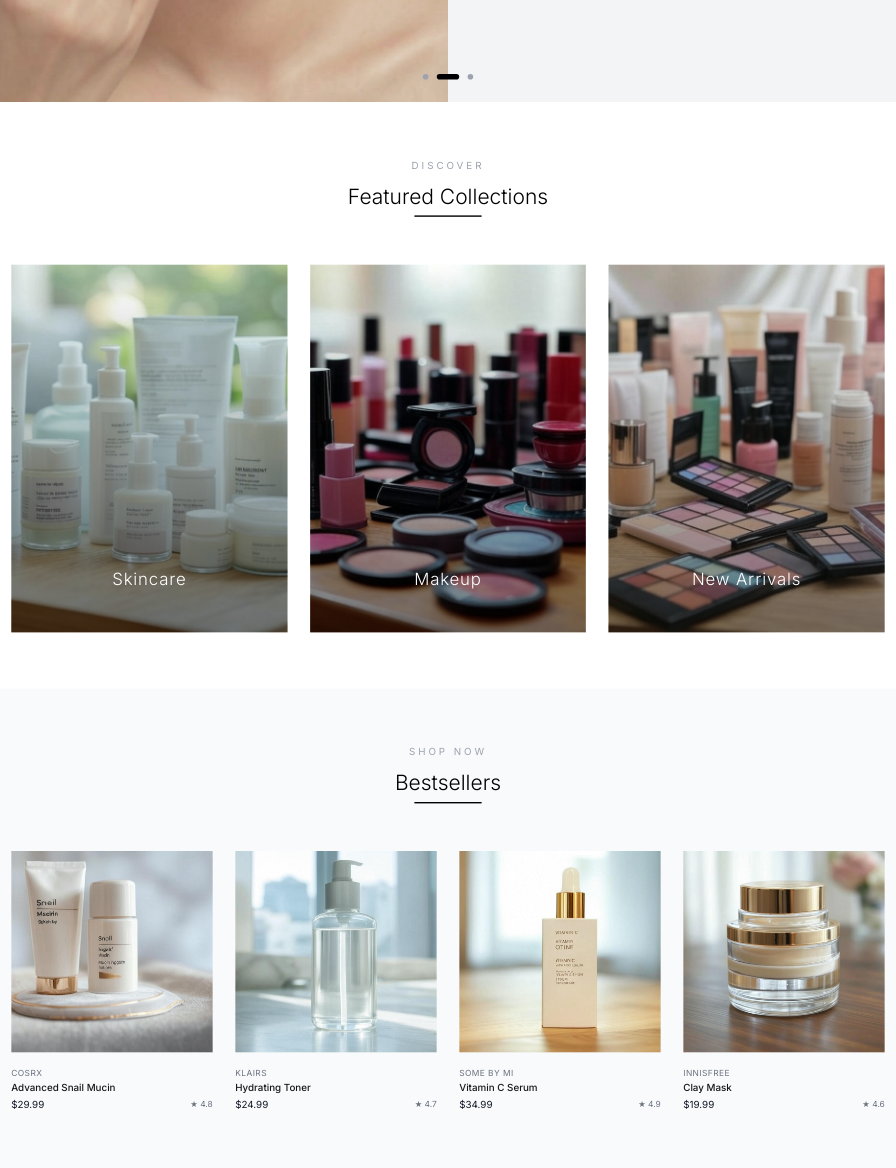
Repository: Innovate-X-ab/ImpresionKBeauty
Page: /
An editor plug-in stored every save of this project. The page is shown before and after the next save, followed by the edit.
The browser window is 1280 px wide. The pictures show the part of the page from y = 574 to 2474 px (the page is 2242 px tall before and 3104 px after), at 70% of full size.
Pictures or frames that could not be fetched are drawn as grey boxes. The project was rebuilt for these pictures with package versions that can differ from the ones it lists, and the page was loaded fresh each time. The framework's server and built-in components were replaced by stand-ins that run in the browser. Also part of the build but not shown: next.config.ts.

Above is the page before, as saved 2025-02-23 08:25:26.

### src/app/layout.tsx
// src/app/layout.tsx
import type { Metadata } from "next";
import { Inter } from "next/font/google";
import "./globals.css";
import { CartProvider } from "@/contexts/CartContext";

const inter = Inter({ subsets: ["latin"] });

export const metadata: Metadata = {
  title: "Impression K Beauty",
  description: "Premium Korean Beauty Products",
};

export default function RootLayout({
  children,
}: {
  children: React.ReactNode;
}) {
  return (
    <html lang="en">
      <body className={inter.className}>
        <CartProvider>
          {children}
        </CartProvider>
      </body>
    </html>
  );
}

### src/app/page.tsx
// src/app/page.tsx
import Header from "@/components/layout/Header";
import Hero from "@/components/layout/Hero";
import FeaturedProducts from "@/components/layout/FeaturedProducts";

export default function Home() {
  return (
    <main className="min-h-screen">
      <Header />
      <Hero />
      <FeaturedProducts />
    </main>
  );
}

### src/contexts/CartContext.tsx
// src/contexts/CartContext.tsx
'use client';

import { createContext, useContext, useReducer, useEffect } from 'react';
import { Product } from '@prisma/client';

interface CartItem {
  product: Product;
  quantity: number;
}

interface CartState {
  items: CartItem[];
  totalItems: number;
  totalAmount: number;
}

type CartAction =
  | { type: 'ADD_ITEM'; payload: CartItem }
  | { type: 'REMOVE_ITEM'; payload: string }
  | { type: 'UPDATE_QUANTITY'; payload: { productId: string; quantity: number } }
  | { type: 'CLEAR_CART' };

interface CartContextType {
  state: CartState;
  addItem: (product: Product, quantity: number) => void;
  removeItem: (productId: string) => void;
  updateQuantity: (productId: string, quantity: number) => void;
  clearCart: () => void;
}

const CartContext = createContext<CartContextType | undefined>(undefined);

const cartReducer = (state: CartState, action: CartAction): CartState => {
  switch (action.type) {
    case 'ADD_ITEM': {
      const existingItemIndex = state.items.findIndex(
        item => item.product.id === action.payload.product.id
      );

      let newItems;
      if (existingItemIndex >= 0) {
        newItems = state.items.map((item, index) => {
          if (index === existingItemIndex) {
            return {
              ...item,
              quantity: item.quantity + action.payload.quantity
            };
          }
          return item;
        });
      } else {
        newItems = [...state.items, action.payload];
      }

      return {
        ...state,
        items: newItems,
        totalItems: newItems.reduce((sum, item) => sum + item.quantity, 0),
        totalAmount: newItems.reduce(
          (sum, item) => sum + Number(item.product.price) * item.quantity,
          0
        )
      };
    }

    case 'REMOVE_ITEM': {
      const newItems = state.items.filter(item => item.product.id !== action.payload);
      return {
        ...state,
        items: newItems,
        totalItems: newItems.reduce((sum, item) => sum + item.quantity, 0),
        totalAmount: newItems.reduce(
          (sum, item) => sum + Number(item.product.price) * item.quantity,
          0
        )
      };
    }

    case 'UPDATE_QUANTITY': {
      const newItems = state.items.map(item => {
        if (item.product.id === action.payload.productId) {
          return {
            ...item,
            quantity: action.payload.quantity
          };
        }
        return item;
      });

      return {
        ...state,
        items: newItems,
        totalItems: newItems.reduce((sum, item) => sum + item.quantity, 0),
        totalAmount: newItems.reduce(
          (sum, item) => sum + Number(item.product.price) * item.quantity,
          0
        )
      };
    }

    case 'CLEAR_CART':
      return {
        items: [],
        totalItems: 0,
        totalAmount: 0
      };

    default:
      return state;
  }
};

const initialState: CartState = {
  items: [],
  totalItems: 0,
  totalAmount: 0
};

export function CartProvider({ children }: { children: React.ReactNode }) {
  const [state, dispatch] = useReducer(cartReducer, initialState);

  // Load cart from localStorage on mount
  useEffect(() => {
    const savedCart = localStorage.getItem('cart');
    if (savedCart) {
      const parsedCart = JSON.parse(savedCart);
      parsedCart.items.forEach((item: CartItem) => {
        dispatch({ type: 'ADD_ITEM', payload: item });
      });
    }
  }, []);

  // Save cart to localStorage on change
  useEffect(() => {
    localStorage.setItem('cart', JSON.stringify(state));
  }, [state]);

  const addItem = (product: Product, quantity: number) => {
    dispatch({ type: 'ADD_ITEM', payload: { product, quantity } });
  };

  const removeItem = (productId: string) => {
    dispatch({ type: 'REMOVE_ITEM', payload: productId });
  };

  const updateQuantity = (productId: string, quantity: number) => {
    dispatch({ type: 'UPDATE_QUANTITY', payload: { productId, quantity } });
  };

  const clearCart = () => {
    dispatch({ type: 'CLEAR_CART' });
  };

  return (
    <CartContext.Provider
      value={{
        state,
        addItem,
        removeItem,
        updateQuantity,
        clearCart
      }}
    >
      {children}
    </CartContext.Provider>
  );
}

export function useCart() {
  const context = useContext(CartContext);
  if (context === undefined) {
    throw new Error('useCart must be used within a CartProvider');
  }
  return context;
}

### src/components/layout/Header.tsx
'use client';

import Link from "next/link";
import { ShoppingBag, Menu, X } from "lucide-react";
import { useCart } from "@/contexts/CartContext";
import { useState, useEffect } from "react";

export default function Header() {
  const { state } = useCart();
  const [isMenuOpen, setIsMenuOpen] = useState(false);
  const [isScrolled, setIsScrolled] = useState(false);

  useEffect(() => {
    const handleScroll = () => {
      setIsScrolled(window.scrollY > 0);
    };

    window.addEventListener('scroll', handleScroll);
    return () => window.removeEventListener('scroll', handleScroll);
  }, []);

  return (
    <>
      <header
        className={`w-full ${isScrolled ? 'bg-white shadow-sm' : 'bg-white border-b border-gray-100'}`}
        style={{ height: '80px' }}
      >
        <div className="container mx-auto px-4 h-full">
          <div className="flex items-center justify-between h-full">
            {/* Mobile Menu Button */}
            <button
              onClick={() => setIsMenuOpen(!isMenuOpen)}
              className="lg:hidden"
            >
              {isMenuOpen ? <X /> : <Menu />}
            </button>

            {/* Logo */}
            <Link href="/" className="text-2xl font-light tracking-wider text-black">
              IMPRESSION K BEAUTY
            </Link>

            {/* Desktop Navigation */}
            <nav className="hidden lg:flex items-center space-x-8 text-gray-600">
              <Link href="/collections/new" className="text-sm hover:text-gray-600">NEW</Link>
              <Link href="/collections/bestsellers" className="text-sm hover:text-gray-600">BESTSELLERS</Link>
              <Link href="/collections/skincare" className="text-sm hover:text-gray-600">SKINCARE</Link>
              <Link href="/collections/makeup" className="text-sm hover:text-gray-600">MAKEUP</Link>
              <Link href="/collections/brands" className="text-sm hover:text-gray-600">BRANDS</Link>
            </nav>

            {/* Cart Icon */}
            <Link href="/cart" className="relative text-gray-600">
              <ShoppingBag className="w-6 h-6" />
              {state.totalItems > 0 && (
                <span className="absolute -top-2 -right-2 bg-black text-white text-xs rounded-full w-5 h-5 flex items-center justify-center">
                  {state.totalItems}
                </span>
              )}
            </Link>
          </div>
        </div>
      </header>

      {/* Mobile Menu */}
      {isMenuOpen && (
        <div className="lg:hidden fixed top-[80px] left-0 right-0 bg-white z-50 border-b border-gray-100 shadow-sm text-gray-00">
          <div className="container mx-auto px-4 py-4 flex items-center justify-between">
            <nav className="flex flex-col space-y-4 text-sm w-full pb-4 border-b border-gray-100 text-gray-600">
              <Link href="/collections/new" className="text-sm hover:text-gray-600">NEW</Link>
              <Link href="/collections/bestsellers" className="text-sm hover:text-gray-600">BESTSELLERS</Link>
              <Link href="/collections/skincare" className="text-sm hover:text-gray-600">SKINCARE</Link>
              <Link href="/collections/makeup" className="text-sm hover:text-gray-600">MAKEUP</Link>
              <Link href="/collections/brands" className="text-sm hover:text-gray-600">BRANDS</Link>
            </nav>
          </div>
        </div>
      )}
    </>
  );
}

### src/components/layout/Hero.tsx
//src/components/layout/Hero.tsx

'use client';

import { useState, useEffect, useCallback  } from 'react';
import Link from 'next/link';
import Image from 'next/image';
import { ChevronLeft, ChevronRight } from 'lucide-react';

const slides = [
  {
    id: 1,
    image: '/images/hero-1.jpg',
    title: 'Discover Your Glow',
    subtitle: 'Korean Beauty Essentials',
    description: 'Experience the magic of K-Beauty with our curated collection of premium skincare products.',
    cta: 'Shop Skincare',
    link: '/collections/skincare',
    align: 'right' // Image on right, text on left
  },
  {
    id: 2,
    image: '/images/hero-2.jpg',
    title: 'Spring Collection',
    subtitle: 'New Arrivals',
    description: 'Refresh your beauty routine with our latest spring arrivals. Clean, gentle, and effective formulations.',
    cta: 'View New Arrivals',
    link: '/collections/new',
    align: 'left' // Image on left, text on right
  },
  {
    id: 3,
    image: '/images/hero-3.jpg',
    title: 'Beauty Sets',
    subtitle: 'Perfect Combinations',
    description: 'Curated sets for every skin type. Save more when you buy together.',
    cta: 'Shop Sets',
    link: '/collections/sets',
    align: 'right'
  }
];

export default function HeroSlider() {
  const [currentSlide, setCurrentSlide] = useState(0);
  const [isAnimating, setIsAnimating] = useState(false);


  const handleNext = useCallback(() => {
    if (isAnimating) return;
    setIsAnimating(true);
    setCurrentSlide((prev) => (prev === slides.length - 1 ? 0 : prev + 1));
    setTimeout(() => setIsAnimating(false), 500);
  }, [isAnimating]);

  useEffect(() => {
    const timer = setInterval(() => {
      handleNext();
    }, 3000);

    return () => clearInterval(timer);
  }, [handleNext]);

  const handlePrevious = () => {
    if (isAnimating) return;
    setIsAnimating(true);
    setCurrentSlide((prev) => (prev === 0 ? slides.length - 1 : prev - 1));
    setTimeout(() => setIsAnimating(false), 500);
  };

  const slide = slides[currentSlide];

  return (
    <section className="relative overflow-hidden bg-gray-100" style={{ height: 'calc(100vh - 80px)' }}>
      {/* Slide Content */}
      <div className="relative h-full">
        <div className={`flex h-full transition-transform duration-500 ease-in-out ${isAnimating ? 'blur-sm' : ''}`}>
          {/* Image Section */}
          <div className={`w-1/2 relative ${slide.align === 'left' ? 'order-1' : 'order-2'}`}>
            <Image
              src={slide.image}
              alt={slide.title}
              fill
              className="object-cover"
              priority
            />
            <div className="absolute inset-0 bg-black/10" />
          </div>

          {/* Text Section */}
          <div className={`w-1/2 flex items-center ${slide.align === 'left' ? 'order-2' : 'order-1'}`}>
            <div className="max-w-xl mx-auto px-8">
              <span className="block text-sm font-medium tracking-[0.2em] text-gray-500 mb-4 uppercase">
                {slide.subtitle}
              </span>
              <h1 className="text-5xl font-light text-black mb-6 tracking-wide">
                {slide.title}
              </h1>
              <p className="text-gray-600 text-lg mb-8 leading-relaxed">
                {slide.description}
              </p>
              <Link
                href={slide.link}
                className="inline-block bg-black text-white px-8 py-4 text-sm uppercase tracking-wider hover:bg-gray-900 transition-colors"
              >
                {slide.cta}
              </Link>
            </div>
          </div>
        </div>
      </div>

      {/* Navigation Arrows */}
      <button
        onClick={handlePrevious}
        className="absolute left-4 top-1/2 -translate-y-1/2 w-12 h-12 flex items-center justify-center bg-white/80 rounded-full hover:bg-white transition-colors"
        aria-label="Previous slide"
      >
        <ChevronLeft className="w-6 h-6" />
      </button>
      <button
        onClick={handleNext}
        className="absolute right-4 top-1/2 -translate-y-1/2 w-12 h-12 flex items-center justify-center bg-white/80 rounded-full hover:bg-white transition-colors"
        aria-label="Next slide"
      >
        <ChevronRight className="w-6 h-6" />
      </button>

      {/* Slide Indicators */}
      <div className="absolute bottom-8 left-1/2 -translate-x-1/2 flex space-x-3">
        {slides.map((_, index) => (
          <button
            key={index}
            onClick={() => setCurrentSlide(index)}
            className={`w-2 h-2 rounded-full transition-all duration-300 ${
              currentSlide === index ? 'bg-black w-8' : 'bg-gray-400'
            }`}
            aria-label={`Go to slide ${index + 1}`}
          />
        ))}
      </div>
    </section>
  );
}

### src/components/layout/FeaturedProducts.tsx
//src/components/layout/FeaturedProducts.tsx

'use client';

import Link from "next/link";

export default function FeaturedProducts() {
  return (
    <>
      {/* Featured Collections */}
      <section className="py-20 bg-white">
        <div className="container mx-auto px-4 bg-white">
          {/* Decorative heading */}
          <div className="relative flex flex-col items-center mb-16">
            <span className="text-sm uppercase tracking-[0.3em] text-gray-400 mb-4">Discover</span>
            <h2 className="text-3xl text-black font-light mb-4 relative">
              Featured Collections
              <span className="absolute -bottom-3 left-1/2 transform -translate-x-1/2 w-24 h-0.5 bg-black"></span>
            </h2>
          </div>

          <div className="grid grid-cols-1 md:grid-cols-3 gap-8">
            {[
              { title: 'Skincare', image: '/images/placeholder-600x800.jpg', description: 'Discover radiant skin' },
              { title: 'Makeup', image: '/images/placeholder-400x400.jpg', description: 'Enhance your beauty' },
              { title: 'New Arrivals', image: '/images/placeholder-300x300.jpg', description: 'Latest innovations' }
            ].map((collection, index) => (
              <Link href={`/collections/${collection.title.toLowerCase()}`} key={index} className="group">
                <div className="relative aspect-[3/4] overflow-hidden">
                  <img
                    src={collection.image}
                    alt={collection.title}
                    className="w-full h-full object-cover transition-transform duration-700 group-hover:scale-105"
                  />
                  <div className="absolute inset-0 bg-gradient-to-t from-black/50 to-transparent" />
                  <div className="absolute inset-0 flex flex-col items-center justify-end pb-8">
                    <h3 className="text-white text-2xl font-light tracking-wider mb-2">{collection.title}</h3>
                    <p className="text-white/80 text-sm tracking-wider transform translate-y-4 opacity-0 transition-all duration-300 group-hover:translate-y-0 group-hover:opacity-100">
                      {collection.description}
                    </p>
                  </div>
                </div>
              </Link>
            ))}
          </div>
        </div>
      </section>

{/* Bestsellers Section */}
<section className="py-20 bg-gray-50">
  <div className="container mx-auto px-4">
    {/* Decorative heading */}
    <div className="relative flex flex-col items-center mb-16">
      <span className="text-sm uppercase tracking-[0.3em] text-gray-400 mb-4">Shop Now</span>
      <h2 className="text-3xl text-black font-light mb-4 relative">
        Bestsellers
        <span className="absolute -bottom-3 left-1/2 transform -translate-x-1/2 w-24 h-0.5 bg-black"></span>
      </h2>
    </div>

    <div className="grid grid-cols-1 md:grid-cols-4 gap-8">
      {[
        {
          name: 'Advanced Snail Mucin',
          price: 29.99,
          image: '/images/products/snail-mucin.jpg',
          brand: 'COSRX',
          rating: 4.8
        },
        {
          name: 'Hydrating Toner',
          price: 24.99,
          image: '/images/products/toner.jpg',
          brand: 'Klairs',
          rating: 4.7
        },
        {
          name: 'Vitamin C Serum',
          price: 34.99,
          image: '/images/products/vitamin-c.jpg',
          brand: 'Some By Mi',
          rating: 4.9
        },
        {
          name: 'Clay Mask',
          price: 19.99,
          image: '/images/products/clay-mask.jpg',
          brand: 'Innisfree',
          rating: 4.6
        }
      ].map((product, index) => (
        <div key={index} className="group cursor-pointer">
          <div className="relative aspect-square overflow-hidden mb-4 bg-white">
            <img
              src={product.image}
              alt={product.name}
              className="w-full h-full object-cover transition-transform duration-700 group-hover:scale-105"
            />
            <div className="absolute inset-0 bg-black/20 opacity-0 transition-opacity duration-300 group-hover:opacity-100" />
            {/* Quick view button */}
            <button className="absolute bottom-4 left-1/2 -translate-x-1/2 bg-white text-black px-6 py-2 text-sm uppercase tracking-wider opacity-0 transform translate-y-4 transition-all duration-300 group-hover:opacity-100 group-hover:translate-y-0">
              Quick View
            </button>
          </div>
          <span className="text-xs text-gray-500 uppercase tracking-wider">{product.brand}</span>
          <h4 className="text-sm font-medium mb-1 transition-colors duration-300 group-hover:text-gray-700">
            {product.name}
          </h4>
          <div className="flex items-center justify-between">
            <p className="text-sm text-gray-900">${product.price}</p>
            <span className="text-xs text-gray-500">★ {product.rating}</span>
          </div>
        </div>
      ))}
    </div>
  </div>
</section>
    </>
  );
}

Loaded but not shown: src/app/globals.css (common file); tailwind.config.ts (common file)

After the next save:
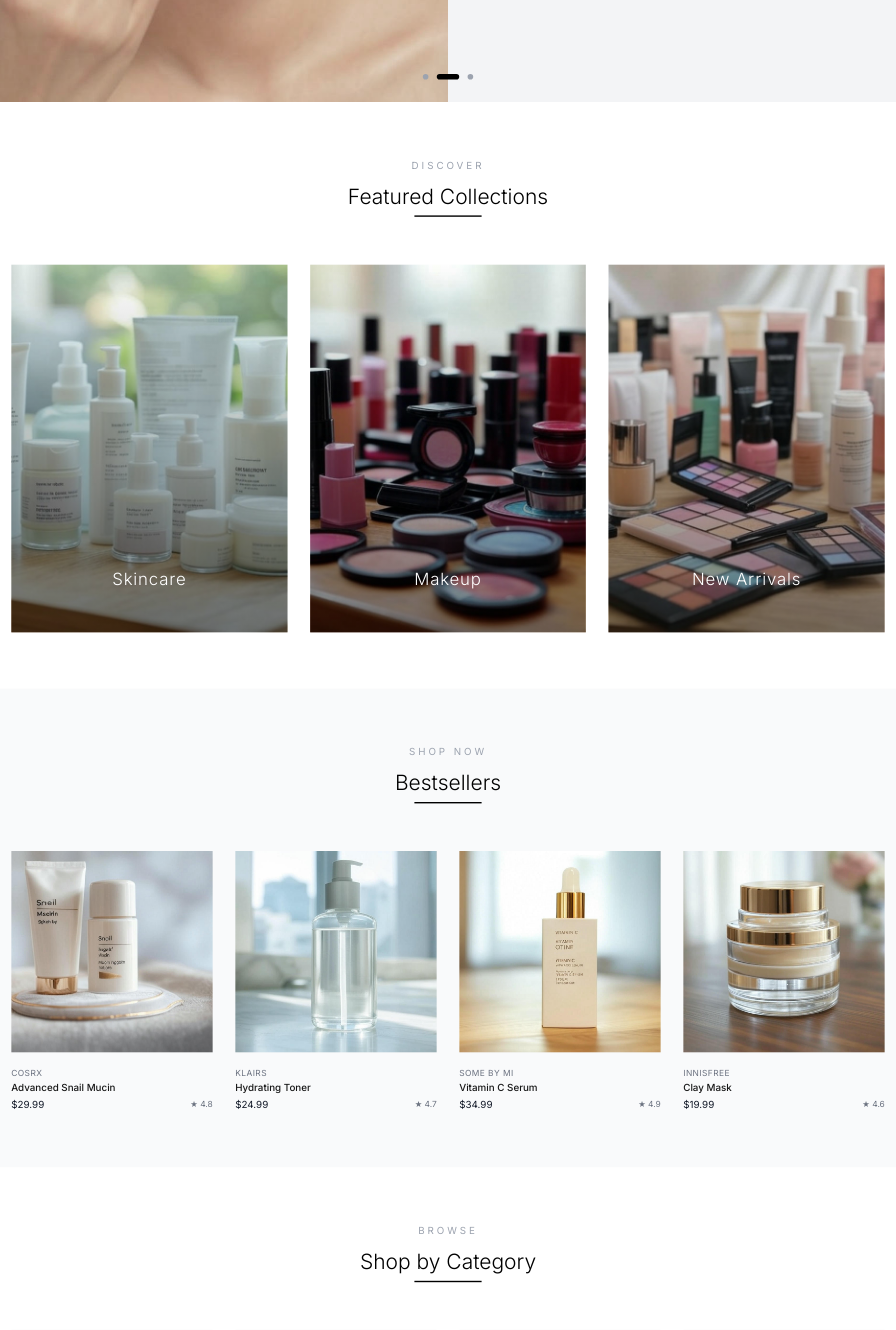
Saved 14 h 28 min later.
--- a/src/app/page.tsx
+++ b/src/app/page.tsx
@@ -2,6 +2,84 @@
 import Header from "@/components/layout/Header";
 import Hero from "@/components/layout/Hero";
 import FeaturedProducts from "@/components/layout/FeaturedProducts";
+import Link from "next/link";
+
+
+const ShopByCategory = () => {
+  const categories = [
+    {
+      name: 'Cleansers',
+      image: '/api/placeholder/400/500',
+      description: 'Start with a clean canvas',
+      link: '/collections/cleansers'
+    },
+    {
+      name: 'Toners',
+      image: '/api/placeholder/400/500',
+      description: 'Balance and prep your skin',
+      link: '/collections/toners'
+    },
+    {
+      name: 'Serums',
+      image: '/api/placeholder/400/500',
+      description: 'Target specific concerns',
+      link: '/collections/serums'
+    },
+    {
+      name: 'Moisturizers',
+      image: '/api/placeholder/400/500',
+      description: 'Lock in hydration',
+      link: '/collections/moisturizers'
+    }
+  ];
+
+  return (
+    <section className="py-20 bg-white">
+      <div className="container mx-auto px-4">
+        {/* Section Header */}
+        <div className="relative flex flex-col items-center mb-16">
+          <span className="text-sm uppercase tracking-[0.3em] text-gray-400 mb-4">Browse</span>
+          <h2 className="text-3xl text-black font-light mb-4 relative">
+            Shop by Category
+            <span className="absolute -bottom-3 left-1/2 transform -translate-x-1/2 w-24 h-0.5 bg-black"></span>
+          </h2>
+        </div>
+
+        {/* Category Grid */}
+        <div className="grid grid-cols-1 md:grid-cols-2 lg:grid-cols-4 gap-8">
+          {categories.map((category, index) => (
+            <Link
+              href={category.link}
+              key={index}
+              className="group block"
+            >
+              <div className="relative aspect-[3/4] overflow-hidden mb-4">
+                <img
+                  src={category.image}
+                  alt={category.name}
+                  className="w-full h-full object-cover transition-transform duration-700 group-hover:scale-105"
+                />
+                <div className="absolute inset-0 bg-black bg-opacity-20 transition-opacity duration-300 group-hover:bg-opacity-30" />
+              </div>
+              <h3 className="text-xl font-light text-black mb-2">{category.name}</h3>
+              <p className="text-sm text-gray-600">{category.description}</p>
+            </Link>
+          ))}
+        </div>
+
+        {/* View All Categories Link */}
+        <div className="text-center mt-12">
+          <Link
+            href="/collections/all"
+            className="inline-block border border-black text-black px-8 py-3 text-sm uppercase tracking-wider hover:bg-black hover:text-white transition-colors"
+          >
+            View All Categories
+          </Link>
+        </div>
+      </div>
+    </section>
+  );
+};
 
 export default function Home() {
   return (
@@ -9,6 +87,7 @@ export default function Home() {
       <Header />
       <Hero />
       <FeaturedProducts />
+      <ShopByCategory />
     </main>
   );
 }
